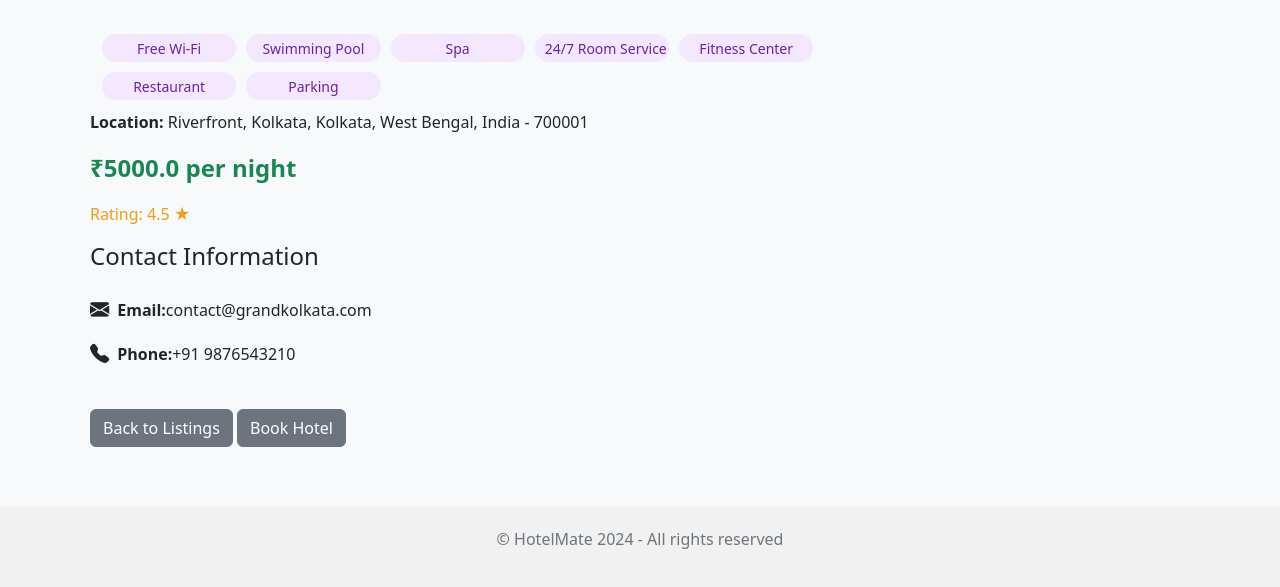
Repository: himanshu2k23/HoteMate
Page: http://localhost/HotelMate/details.jsp
The author's editor kept a copy of each file at every save. The page is drawn from the files as they stood at one save, then again after the next save.
The browser window is 1280 px wide. The pictures show the part of the page from y = 706 to 1293 px (the page is 1293 px tall).
The page is served by Tomcat 10. Other server files are loaded and not shown.

Above is the page before, as saved 2025-01-13 19:27:01.

### HotelMate/src/main/webapp/details.jsp
<%@ page contentType="text/html;charset=UTF-8" language="java"%>
<!DOCTYPE html>
<html lang="en">
<head>
<meta charset="UTF-8">
<meta name="viewport" content="width=device-width, initial-scale=1.0">
<title>Hotel Details - HotelMate</title>
<!-- Bootstrap CSS -->
<link
	href="https://cdn.jsdelivr.net/npm/bootstrap@5.3.0/dist/css/bootstrap.min.css"
	rel="stylesheet">
<link
	href="https://cdn.jsdelivr.net/npm/bootstrap-icons/font/bootstrap-icons.css"
	rel="stylesheet">

<style>
body {
	background-color: #f8f9fa;
}

.hotel-details-container {
	margin-top: 100px;
	margin-bottom: 40px;
	padding: 20px;
}

.price {
	font-size: 1.5rem;
	font-weight: bold;
	color: #198754;
}

.rating {
	color: #f39c12;
}

.amenities-list {
	display: grid;
	grid-template-columns: repeat(auto-fill, minmax(120px, 1fr));
	gap: 10px;
	margin-left: 2px;
	padding: 10px;
}

.amenities-items {
	white-space: nowrap;
	border-radius: 9999px;
	background-color: #f3e8ff;
	padding: 0.22rem 0.625rem;
	font-size: 0.875rem;
	color: #6b21a8;
	text-align: center;
}

.amenities-list li {
	margin-bottom: 5px;
}

.carousel-item img {
	height: 500px;
	object-fit: cover;
	border-radius: 15px;
}
</style>
</head>
<body>

	<!-- Navbar -->
	<%@ include file="/Components/navbar.jsp"%>
	<%
	// Sample hotel data
	String name = "The Grand Kolkata";
	String description = "A luxurious five-star hotel offering breathtaking views of the river and world-class amenities.";
	String location = "Riverfront, Kolkata";
	String city = "Kolkata";
	String state = "West Bengal";
	String country = "India";
	String zipCode = "700001";
	double pricePerNight = 5000.0;
	float rating = 4.5f;
	String amenities = "Free Wi-Fi, Swimming Pool, Spa, 24/7 Room Service, Fitness Center, Restaurant, Parking";
	String contactEmail = "contact@grandkolkata.com";
	String contactPhone = "+91 9876543210";
	String images = "https://picsum.photos/400/300?random=1, https://picsum.photos/400/300?random=7, https://picsum.photos/400/300?random=8";

	// Split image URLs into an array
	String[] imageUrls = images.split(",");
	%>

	<div class="container hotel-details-container">
		<h2><%=name%></h2>
		<p><%=description%></p>


		<!-- Carousel for Images -->
		<div id="carousel49" class="carousel slide" data-bs-ride="carousel">
			<div class="carousel-inner">
				<%
				for (int i = 0; i < imageUrls.length; i++) {
					String image = imageUrls[i].trim();
				%>
				<div class="carousel-item <%=(i == 0) ? "active" : ""%>">
					<img src="<%=image%>" class="d-block w-100" alt="<%=name%>">
				</div>
				<%
				}
				%>
			</div>
			<%
			if (imageUrls.length > 1) {
			%>
			<button class="carousel-control-prev" type="button"
				data-bs-target="#carousel49" data-bs-slide="prev">
				<span class="carousel-control-prev-icon" aria-hidden="true"></span>
				<span class="visually-hidden">Previous</span>
			</button>
			<button class="carousel-control-next" type="button"
				data-bs-target="#carousel49" data-bs-slide="next">
				<span class="carousel-control-next-icon" aria-hidden="true"></span>
				<span class="visually-hidden">Next</span>
			</button>
			<%
			}
			%>
		</div>

		<!-- Hotel Information -->
		<div class=" mt-4">

			<div class="col-md-8">
				<div class="amenities-list">
					<%
					String[] amenitiesList = amenities.split(",");
					for (String amenity : amenitiesList) {
						amenity = amenity.trim();
					%>
					<span class="amenities-items"> <%=amenity%>
					</span>
					<%
					}
					%>
				</div>


				<p>
					<strong>Location:</strong>
					<%=location%>,
					<%=city%>,
					<%=state%>,
					<%=country%>
					-
					<%=zipCode%></p>
				<p class="price">
					₹<%=pricePerNight%>
					per night
				</p>
				<p class="rating">
					Rating:
					<%=rating%>
					★
				</p>
			</div>

			<div class="col-md-4">
				<h4 class="mb-4">
					<i class=""></i> Contact Information
				</h4>
				<ul class="list-unstyled">
					<li class="d-flex align-items-center mb-3"><i
						class="bi bi-envelope-fill me-2" style="font-size: 1.2rem;"></i> <strong>Email: </strong>
						<%=contactEmail%></li>
					<li class="d-flex align-items-center"><i
						class="bi bi-telephone-fill me-2" style="font-size: 1.2rem;"></i>
						<strong>Phone: </strong> <%=contactPhone%></li>
				</ul>
			</div>

		</div>

		<a href="HotelDataServlet" class="btn btn-secondary mt-4">Back to
			Listings</a>
		<a href="" class="btn btn-secondary mt-4">Book Hotel</a>
	</div>

	<!-- Footer -->
	<%@ include file="/Components/footer.jsp"%>

	<!-- Bootstrap JS (Popper.js included) -->
	<script
		src="https://cdn.jsdelivr.net/npm/@popperjs/core@2.11.7/dist/umd/popper.min.js"></script>
	<script
		src="https://cdn.jsdelivr.net/npm/bootstrap@5.3.0/dist/js/bootstrap.min.js"></script>
</body>
</html>

### HotelMate/src/main/webapp/Components/navbar.jsp
<nav class="navbar navbar-expand-lg"
	style="background-color: #343a40; border-radius: 15px; padding: 10px 20px; box-shadow: 0px 4px 12px rgba(0, 0, 0, 0.2); margin: 10px; position: fixed; top: 0px; width: calc(100% - 20px); z-index: 1000;">
	<div class="container-fluid">
		<!-- Logo and Brand Name -->
		<a class="navbar-brand text-light d-flex align-items-center"
			href="index.jsp"> <img
			src="http://localhost:8080/HotelMate/Images/HotelmateLogo.png"
			alt="Logo" width="80" height="60"
			class="d-inline-block align-text-top"> <span
			class="nav-link text-light active">HotelMate</span>
		</a>

		<!-- Toggler button for smaller screens -->
		<button class="navbar-toggler" type="button" data-bs-toggle="collapse"
			data-bs-target="#navbarNav" aria-controls="navbarNav"
			aria-expanded="false" aria-label="Toggle navigation"
			style="border-color: #f8f9fa;">
			<span class="navbar-toggler-icon" style="color: #f8f9fa;"></span>
		</button>

		<!-- Navbar Links -->
		<div class="collapse navbar-collapse" id="navbarNav">

			<script>
				// Scroll functionality
				function scrollToFeatures(event) {
					event.preventDefault();
					localStorage.setItem('scrollToFeatures', 'true');
					window.location.href = "index.jsp";
				}

				function scrollToContact(event) {
					event.preventDefault();
					localStorage.setItem('scrollToContact', 'true');
					window.location.href = "index.jsp";
				}

				// Logic to dynamically toggle login/logout
				window.addEventListener('DOMContentLoaded', () => {
					const navRight = document.querySelector('.navbar-nav.ms-auto');
					navRight.innerHTML = ''; // Clear the default buttons

					if (localStorage.getItem('HasLoggedIn') === 'true') {
						// Show dropdown if logged in
						navRight.innerHTML = `
							<li class="nav-item dropdown">
							<a class="nav-link dropdown-toggle text-light" href="#" id="userDropdown" role="button"
							data-bs-toggle="dropdown" aria-expanded="false">
							<i class="bi bi-person-circle" style="font-size: 2rem;"></i>
						</a>

								<ul class="dropdown-menu dropdown-menu-end" aria-labelledby="userDropdown">
									<li><a class="dropdown-item" href="mybookings.jsp">My Bookings</a></li>
									<li><hr class="dropdown-divider"></li>
									<li><a class="dropdown-item" href="#" onclick="logout()">Logout</a></li>
								</ul>
							</li>
						`;
					} else {
						// Show login and signup if not logged in
						navRight.innerHTML = `
							<li class="nav-item"><a class="nav-link login-btn" href="login.jsp">Login</a></li>
							<li class="nav-item"><a class="nav-link signup-btn" href="signup.jsp">Sign Up</a></li>
						`;
					}
				});

				// Logout function
				function logout() {
					localStorage.removeItem('HasLoggedIn');
					window.location.href = 'index.jsp';
				}
			</script>

			<ul class="navbar-nav me-auto">
				<li class="nav-item"><a
					class="nav-link text-light active hover-effect" aria-current="page"
					href="index.jsp">Home</a></li>
				<li class="nav-item"><a
					class="nav-link text-light hover-effect" href="#"
					onclick="scrollToFeatures(event)">Features</a></li>
				<li class="nav-item"><a
					class="nav-link text-light hover-effect" href="HotelDataServlet">Hotels</a></li>
				<li class="nav-item"><a
					class="nav-link text-light hover-effect" href="#"
					onclick="scrollToContact(event)">Contact Us</a></li>
			</ul>

			<!-- Login/Sign Up or Account Dropdown -->
			<ul class="navbar-nav ms-auto gap-3"></ul>
		</div>
	</div>
</nav>

<style>
.hover-effect {
	transition: color 0.3s ease, background-color 0.3s ease;
}

.hover-effect:hover {
	color: #97CC04 !important;
}

.login-btn, .signup-btn {
	background-color: #97CC04;
	color: #fff;
	border-radius: 5px;
	padding: 8px 15px;
	transition: background-color 0.3s ease;
}

.login-btn:hover, .signup-btn:hover {
	background-color: #76b302;
	color: #fff;
}
</style>

### HotelMate/src/main/webapp/Components/footer.jsp
<style>
.footer {
	padding: 20px 0;
	background-color: #f1f1f1;
	text-align: center;
}
</style>

<div class='footer' id="footer">
	<p class="text-center text-secondary">© HotelMate 2024 - All
		rights reserved</p>
</div>

After the next save:
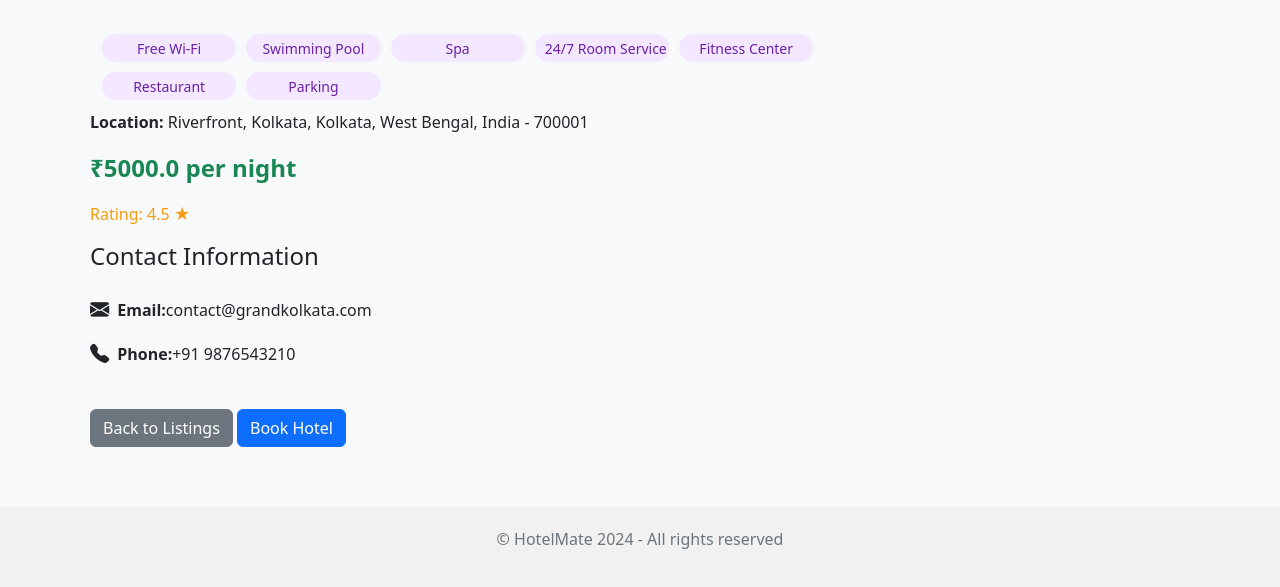
Saved 13 s later.
--- a/HotelMate/src/main/webapp/details.jsp
+++ b/HotelMate/src/main/webapp/details.jsp
@@ -179,7 +179,7 @@ body {
 
 		<a href="HotelDataServlet" class="btn btn-secondary mt-4">Back to
 			Listings</a>
-		<a href="" class="btn btn-secondary mt-4">Book Hotel</a>
+		<a href="" class="btn btn-primary mt-4">Book Hotel</a>
 	</div>
 
 	<!-- Footer -->
